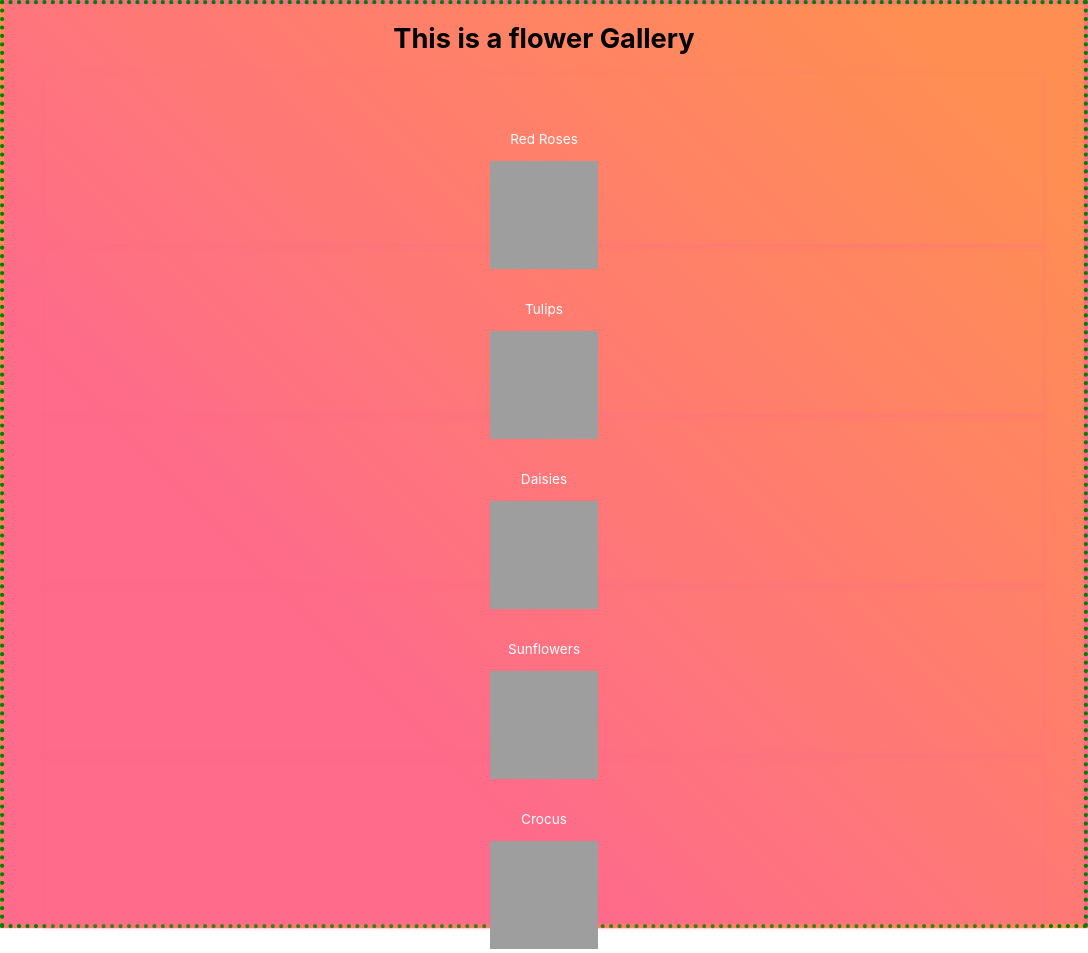
Repository: DevLuDaley/react-flower-shop
Page: /
An editor plug-in stored every save of this project. The page is shown before and after the next save, followed by the edit.
The browser window is 1280 px wide. The pictures show the whole page, at 85% of full size.
Pictures or frames that could not be fetched are drawn as grey boxes. The project was rebuilt for these pictures with package versions that can differ from the ones it lists, and the page was loaded fresh each time. Also part of the build but not shown: src/Containers/FlowersContainer.js.

Above is the page before, as saved 2021-02-19 22:15:47.

After the next save:
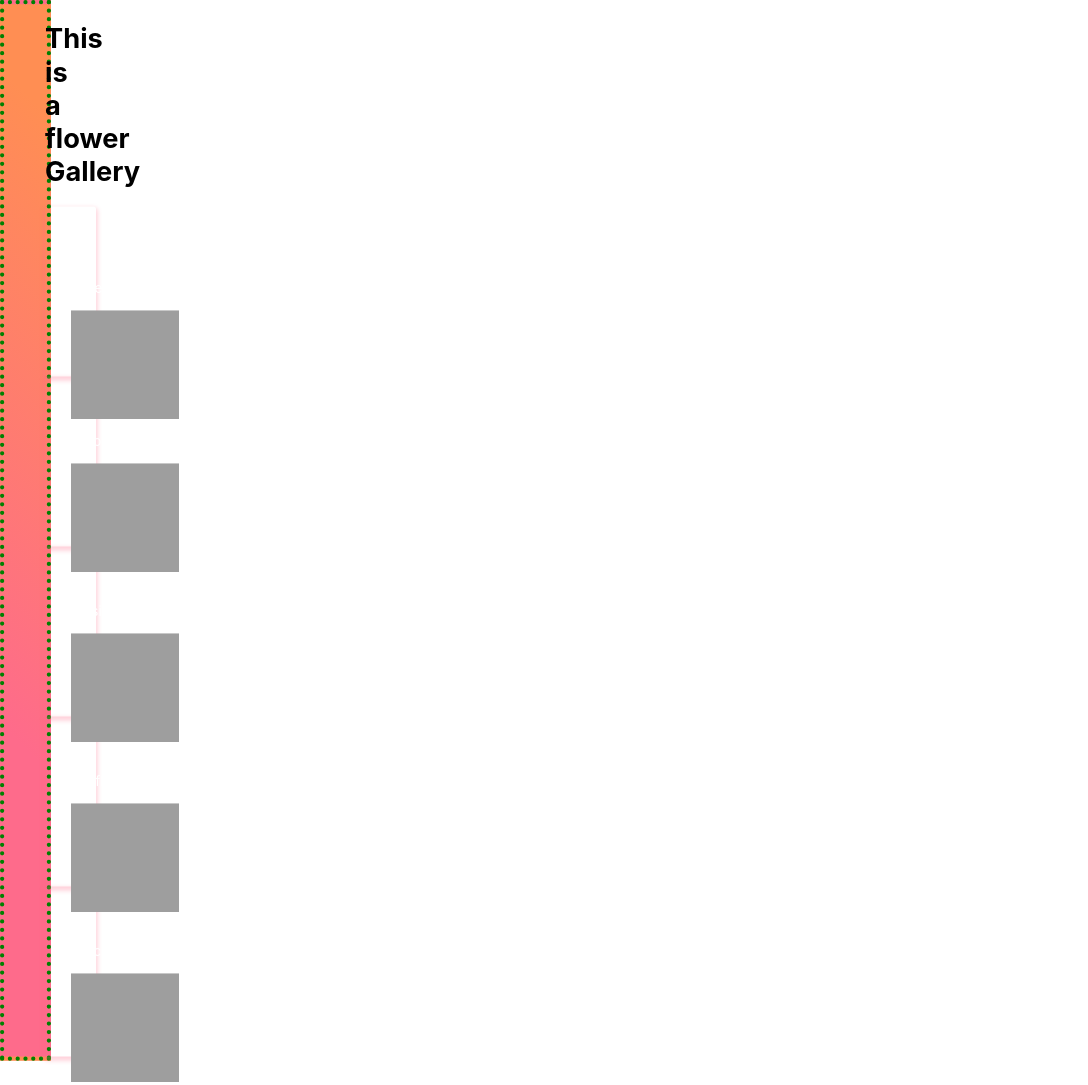
Saved 16 s later.
--- a/src/App.js
+++ b/src/App.js
@@ -19,6 +19,7 @@ const useStyles = makeStyles({
     // height: '900px',
     border: '5px dotted green',
     // padding: '50px'
+    width: '50px'
   },
 });
 
